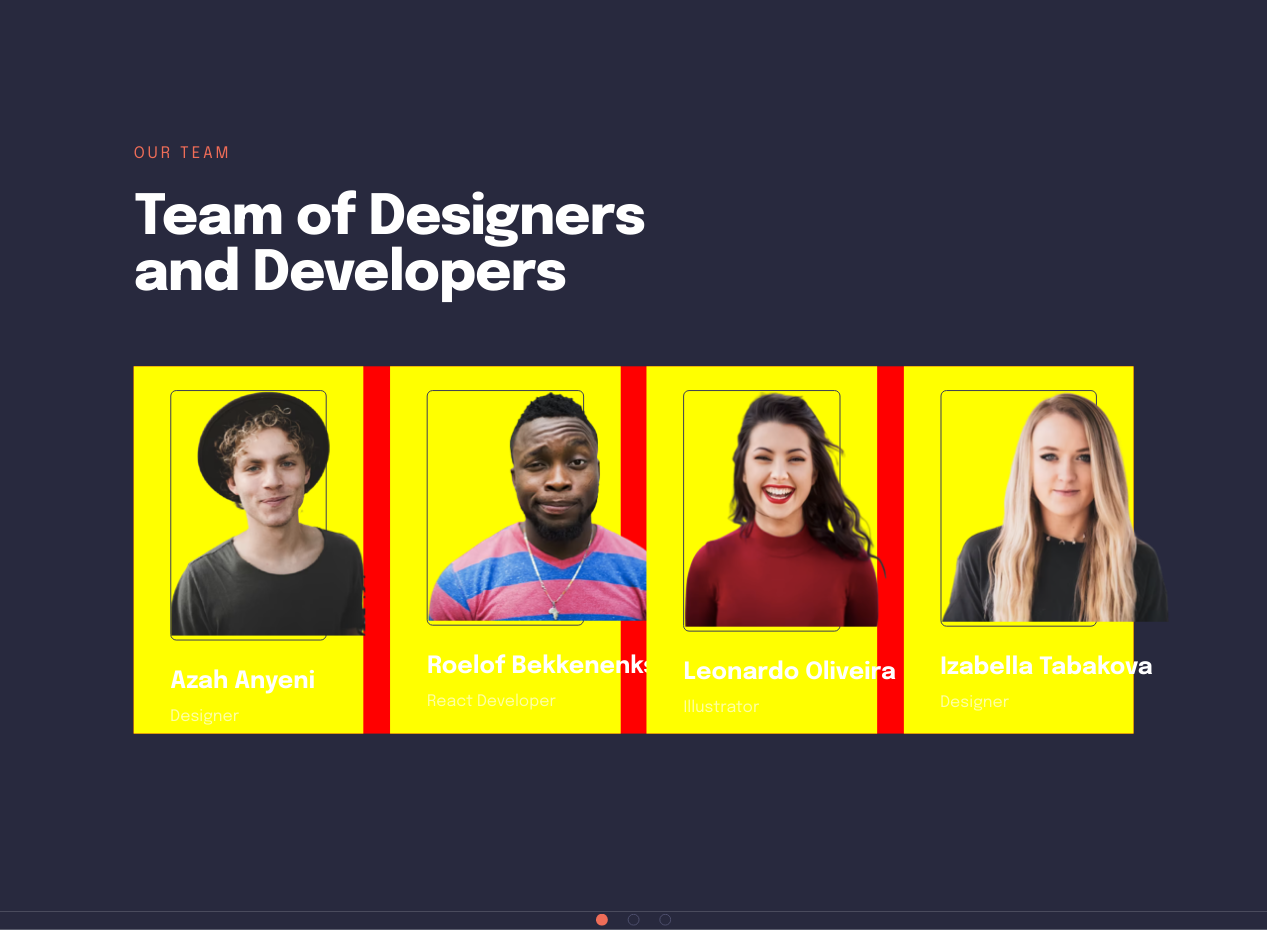
Repository: simralgasimov/ourteam
Page: index.html
These files come from the project's save history. The page is drawn as it stood at one moment and after the next save; the edit follows.
The browser window is 1280 px wide. The pictures show the whole page, at 99% of full size.

Above is the page before, as saved 2023-09-06 13:07:59.

### index.html
<!DOCTYPE html>
<html lang="en">
  <head>
    <meta charset="UTF-8" />
    <meta name="viewport" content="width=device-width, initial-scale=1.0" />
    <title>Document</title>
    <link rel="stylesheet" href="index.css" />
  </head>
  <body>
    <div class="container">
      <h1>Our Team</h1>
      <h2>Team of Designers and Developers</h2>
      <div class="container-1">
        <div class="box">
          <div>
            <img src="./img/Bitmap.png" alt="" />
          </div>

          <h3>Azah Anyeni</h3>
          <p>Designer</p>
        </div>
        <div class="box">
          <div>
            <img src="./img/Bitmap (1).png" alt="" />

          </div>
          <h3>Roelof Bekkenenks</h3>
          <p>React Developer</p>
        </div>

        <div class="box">
          <div>
            <img src="./img/Bitmap (2).png" alt="" />

          </div>
          <h3>Leonardo Oliveira</h3>
          <p>Illustrator</p>
        </div>

        <div class="box">
          <div>
            <img src="./img/Bitmap (3).png" alt="" />

          </div>
          <h3>Izabella Tabakova</h3>
          <p>Designer</p>
        </div>
      </div>
    </div>

    <div class="container-2">
      <div class="button">
        <img src="./img/pins.svg" alt="" />
      </div>
    </div>
  </body>
</html>

### index.css
@import url("https://fonts.googleapis.com/css2?family=Epilogue:wght@400;700;800;900&display=swap");

* {
  margin: 0;
  padding: 0;
  box-sizing: border-box;
}

.container {
  padding: 140px 135px 180px 135px;
  background: #28293e;
}

.container h1 {
  color: var(--Text_Light_Accent, #ef6d58);
  font-feature-settings: "clig" off, "liga" off;
  font-family: Epilogue;
  font-size: 16px;
  font-style: normal;
  font-weight: 400;
  line-height: 32px;
  letter-spacing: 3px;
  text-transform: uppercase;
}

.container h2 {
  margin-top: 20px;
  width: 532px;
  color: var(--Text_Light, #fff);
  font-feature-settings: "clig" off, "liga" off;
  font-family: Epilogue;
  font-size: 56px;
  font-style: normal;
  font-weight: 800;
  letter-spacing: -1px;
}

.container .container-1 {
  margin-top: 64px;
  background-color: red;
  display: flex;
  justify-content: space-between;

}
.container-1 .box {
  padding: 24px 37px 1px 37px;
  width: 23%;
  background-color: yellow;
}
.container .container-1 .box div{
  border-radius: 6px;
  border: 1px solid #3a3c56;
}
.container-1 .box:first-child img {
  width: 196px;
  height: 247px;
}

.container-1 .box:nth-child(2) img {
  width: 259px;
  height: 232px;
}
.container-1 .box:nth-child(3) img {
  width: 205px;
  height: 238px;
}
.container-1 .box:last-child img {
  width: 230px;
  height: 233px;
}
.container-1 .box h3 {
  justify-content: center;
  margin-top: 26px;
  color: var(--Text_Light, #fff);
  font-feature-settings: "clig" off, "liga" off;
  font-family: Epilogue;
  font-size: 24px;
  font-style: normal;
  font-weight: 700;
  line-height: 32px;
}

.container .box p {
  margin-top: 3px;
  color: var(--Text_Light_Gray, rgba(255, 255, 255, 0.64));
  font-feature-settings: "clig" off, "liga" off;
  font-family: Epilogue;
  font-size: 16px;
  font-style: normal;
  font-weight: 400;
  line-height: 32px;
}

.container .container-1 .box h3:nth-child(2) {
  width: 233px;
}


.container-2 {
  background: #28293e;
}

.container-2 .button {
  width: 76px;
  margin: auto;
}

After the next save:
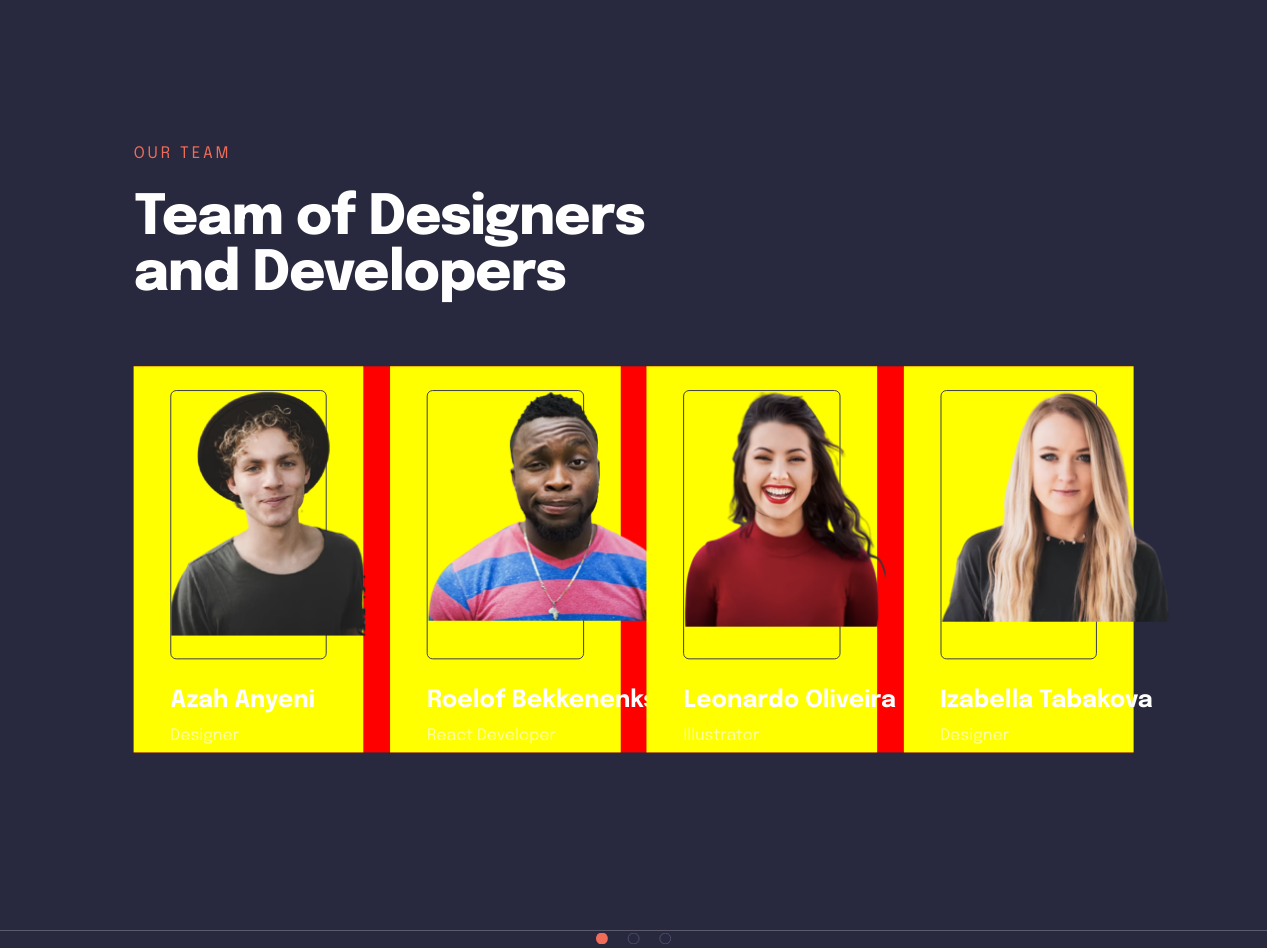
Saved 32 s later.
--- a/index.css
+++ b/index.css
@@ -48,6 +48,7 @@
   background-color: yellow;
 }
 .container .container-1 .box div{
+  height: 272px;
   border-radius: 6px;
   border: 1px solid #3a3c56;
 }
